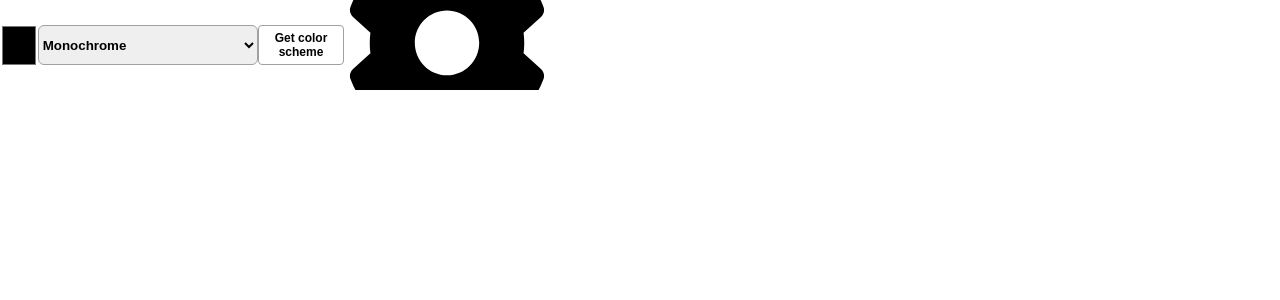
Repository: RadziSzop/colorPicker
Page: index.html
An editor plug-in stored every save of this project. The page is shown before and after the next save, followed by the edit.
The browser window is 1280 px wide. The pictures show the whole page.

Above is the page before, as saved 2022-03-04 22:47:11.
Console error: TypeError: Cannot read properties of null (reading 'addEventListener')

### index.html
<!DOCTYPE html>
<html lang="en">
  <head>
    <meta charset="UTF-8" />
    <meta http-equiv="X-UA-Compatible" content="IE=edge" />
    <meta name="viewport" content="width=device-width, initial-scale=1.0" />
    <link rel="stylesheet" href="style.css" />
    <link rel="preconnect" href="https://fonts.googleapis.com" />
    <link rel="preconnect" href="https://fonts.gstatic.com" crossorigin />
    <link
      href="https://fonts.googleapis.com/css2?family=Roboto:wght@400;700&display=swap"
      rel="stylesheet"
    />
    <title>Document</title>
  </head>
  <body>
    <!-- <p id="test">ok</p> -->
    <div class="container">
      <div class="main">
        <input type="color" id="color-picker" />
        <select id="menu">
          <option value="Monochrome">Monochrome</option>
          <option value="Monochrome-dark">Monochrome-dark</option>
          <option value="Monochrome-light">Monochrome-light</option>
          <option value="Analogic">Analogic</option>
          <option value="Complement">Complement</option>
          <option value="Analogic-complement">Analogic-complement</option>
          <option value="Triad">Triad</option>
        </select>
        <button id="submit-button">Get color scheme</button>
        <!-- <button id="settings-button">Settings</button> -->
        <div class="gear">
          <img src="images/gear-solid.svg" alt="" />
        </div>
      </div>
      <div class="colors">
        <div class="colorBox" id="color1"></div>
        <div class="colorBox" id="color2"></div>
        <div class="colorBox" id="color3"></div>
        <div class="colorBox" id="color4"></div>
        <div class="colorBox" id="color5"></div>
      </div>
      <div class="color_values">
        <div class="valueBox"><p id="value1"></p></div>
        <div class="valueBox"><p id="value2"></p></div>
        <div class="valueBox"><p id="value3"></p></div>
        <div class="valueBox"><p id="value4"></p></div>
        <div class="valueBox"><p id="value5"></p></div>
      </div>
    </div>
    <script src="main.js"></script>
  </body>
</html>

### style.css
* {
  box-sizing: border-box;
}
img {
  height: 100%;
  width: 100%;
}

html {
  font-family: "Roboto", sans-serif;
}
html,
body {
  margin: 0;
  padding: 0;
}
select {
  width: 320px;
  height: 40px;
  border-radius: 6px;
  font-weight: 700;
  border: 1px rgb(160, 160, 160) solid;
}
button {
  width: 120px;
  height: 40px;
  font-size: 12px;
  background-color: white;
  border: 1px rgb(160, 160, 160) solid;
  border-radius: 4px;
  font-weight: 700;
  cursor: pointer;
  transition: transform 0.2s;
}
.buttonClick {
  transform: scale(1.1);
}
option {
  padding-top: 5px;
}
.container {
  width: 550px;
  height: 550px;
  display: flex;
  flex-direction: column;
}
.main {
  height: 90px;
  width: 100%;
  background-color: rgb(255, 255, 255);
  display: flex;
  justify-content: space-evenly;
  align-items: center;
}

.colors {
  height: 415px;
  display: flex;
}
.colorBox {
  width: 20%;
  height: 100%;
  background-color: rgb(255, 255, 255);
  transition: background 1s;
  /* border: 1px black solid; */
}
.color_values {
  height: 45px;
  display: flex;
  /* background-color: gray; */
}
.valueBox {
  height: 100%;
  width: 20%;
  /* border: 1px solid black; */
  display: flex;
  justify-content: center;
  align-items: center;
  font-weight: 700;
}
#color-picker {
  padding: 0;
  margin: 0;
  height: 47px;
  width: 55px;
  border: none;
  outline: none;
  -webkit-appearance: none;
  background-color: white;
}

### main.js
let colorEl1 = document.querySelector("#color1")
let colorEl2 = document.querySelector("#color2")
let colorEl3 = document.querySelector("#color3")
let colorEl4 = document.querySelector("#color4")
let colorEl5 = document.querySelector("#color5")
let valueEl1 = document.querySelector("#value1")
let valueEl2 = document.querySelector("#value2")
let valueEl3 = document.querySelector("#value3")
let valueEl4 = document.querySelector("#value4")
let valueEl5 = document.querySelector("#value5")
let submitBtnEl = document.querySelector("#submit-button")
let settingsBtnEl = document.querySelector("#settings-button")
let colorPicerEl = document.querySelector("#color-picker")
let menuEl = document.querySelector("#menu")

let testEl = document.querySelector("#test")
let apiData
settingsBtnEl.addEventListener("click", function(){
    chrome.storage.sync.get('foo', function(items) {
        testEl.textContent =  JSON.stringify(items);
      });

})
submitBtnEl.addEventListener("click", getingColors)



function getingColors(){
    let color = colorPicerEl.value.slice(1)
    let type = menuEl.value.toLowerCase()

    chrome.storage.sync.set({'foo': color}, function() {
        console.log('Settings saved');
      });

    fetch(`https://www.thecolorapi.com/scheme?hex=${color}&mode=${type}`)
    .then(response => response.json())
    .then(json => {
        apiData = json

        colorEl1.style.backgroundColor = apiData.colors[0].rgb.value
        colorEl2.style.backgroundColor = apiData.colors[1].rgb.value
        colorEl3.style.backgroundColor = apiData.colors[2].rgb.value
        colorEl4.style.backgroundColor = apiData.colors[3].rgb.value
        colorEl5.style.backgroundColor = apiData.colors[4].rgb.value

        valueEl1.textContent = apiData.colors[0].hex.clean
        valueEl2.textContent = apiData.colors[1].hex.clean
        valueEl3.textContent = apiData.colors[2].hex.clean
        valueEl4.textContent = apiData.colors[3].hex.clean
        valueEl5.textContent = apiData.colors[4].hex.clean
    })
}

After the next save:
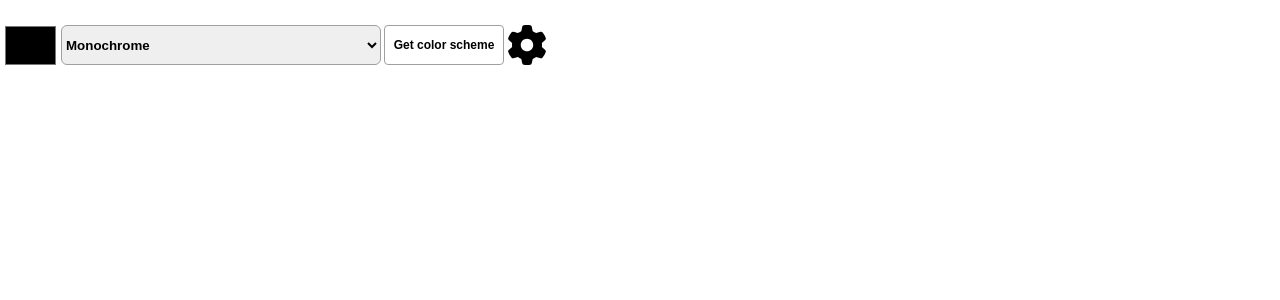
Saved 23 s later.
--- a/style.css
+++ b/style.css
@@ -52,6 +52,10 @@
   justify-content: space-evenly;
   align-items: center;
 }
+.gear {
+  height: 40px;
+  width: 40px;
+}
 
 .colors {
   height: 415px;
